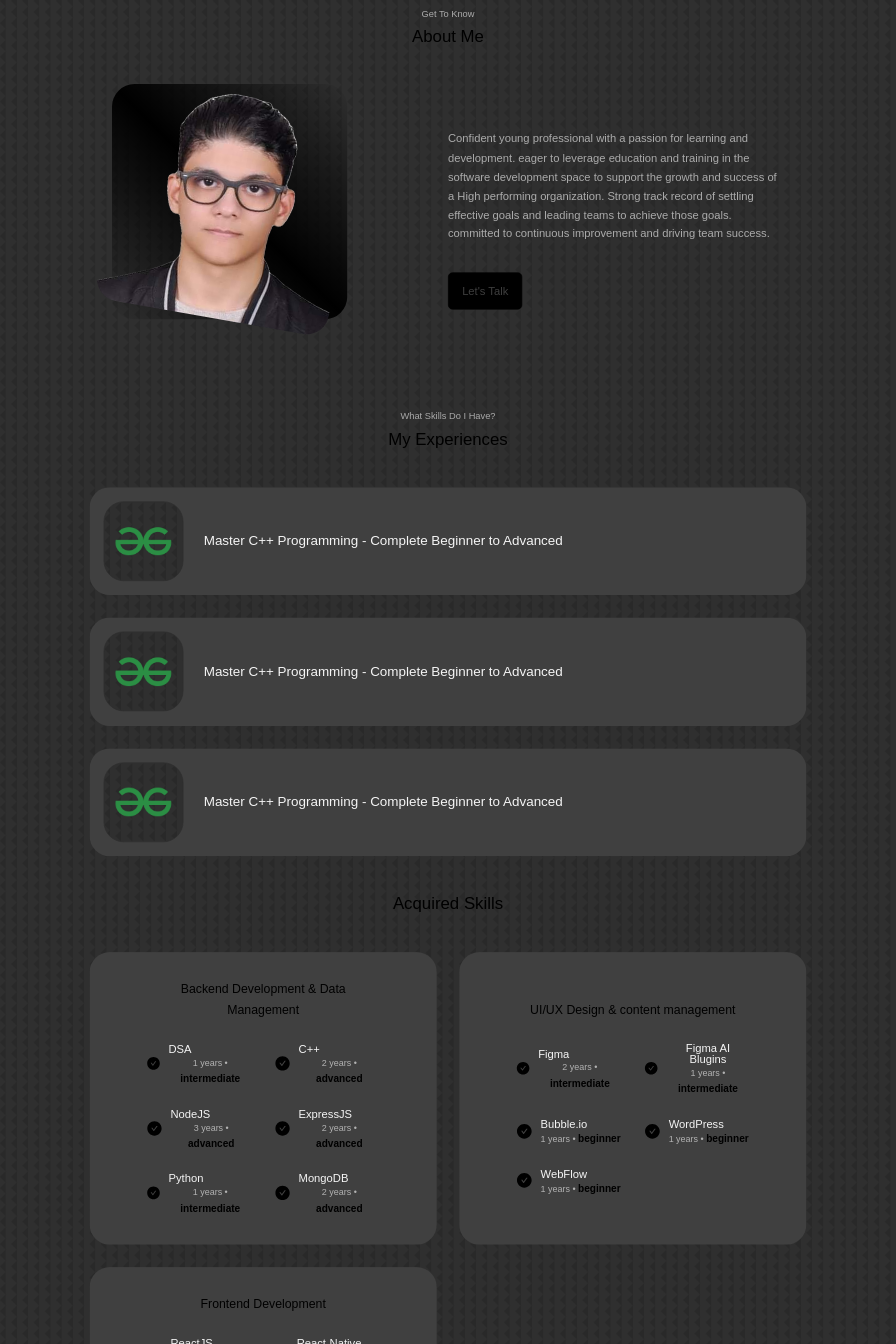
Repository: Z-Bahaa/project_joker_react_portfolio
Page: /
An editor plug-in stored every save of this project. The page is shown before and after the next save, followed by the edit.
The browser window is 1280 px wide. The pictures show the part of the page from y = 983 to 2903 px (the page is 5406 px tall), at 70% of full size.
Some web fonts or font styles are not loaded; a fallback is used. The project was rebuilt for these pictures with package versions that can differ from the ones it lists, and the page was loaded fresh each time. Imported but missing from the stored project, and not drawn on this page: src/assets/resume.pdf.

Above is the page before, as saved 2023-08-21 14:11:34.

After the next save:
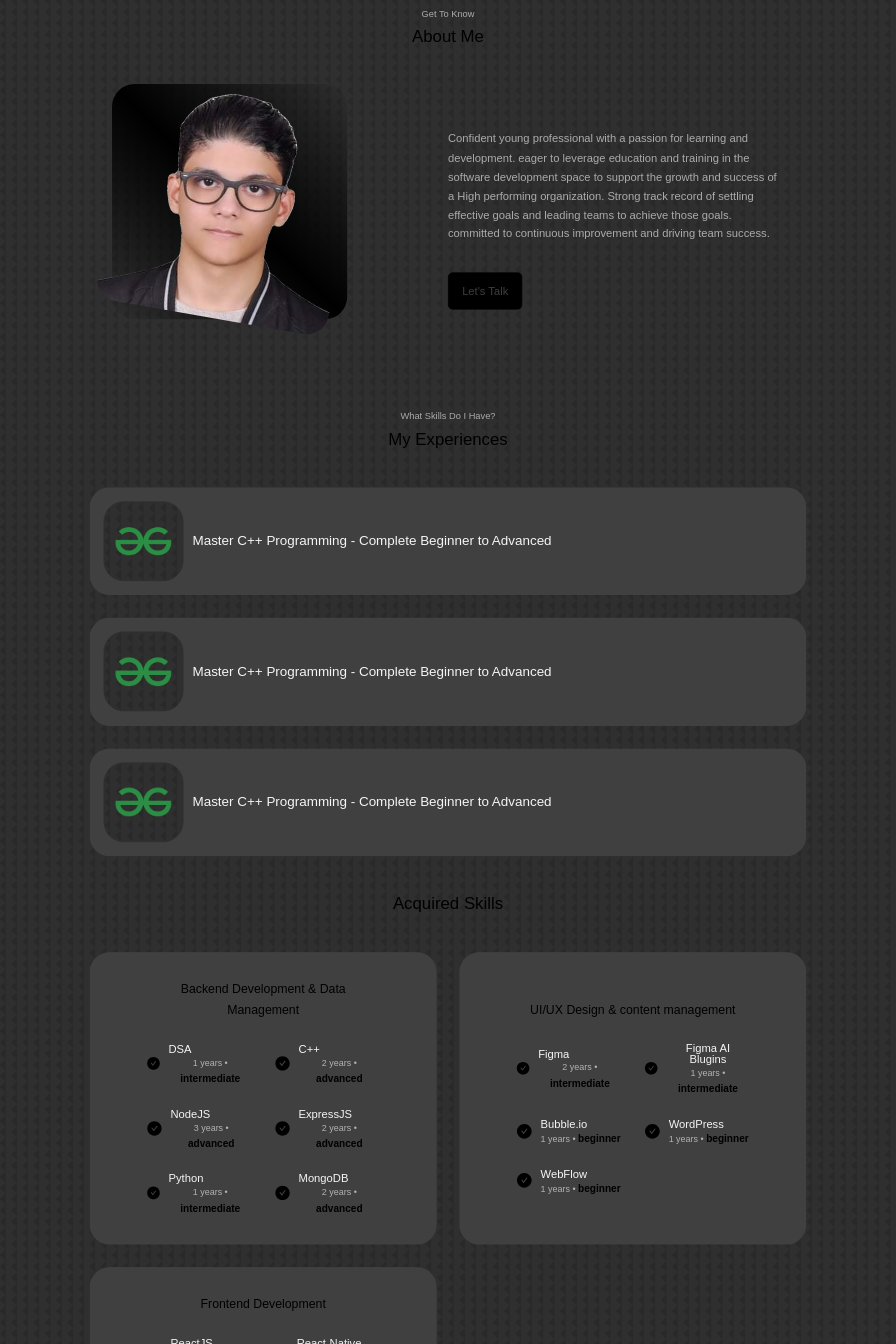
Saved 4 s later.
--- a/src/components/experience/experience.css
+++ b/src/components/experience/experience.css
@@ -61,7 +61,7 @@
   border-color: var(--color-bg);
   border-style: solid;
   border-width: 1px;
-  margin-inline-end: 1rem;
+  /* margin-inline-end: 1rem; */
 }
 
 .history__container>div .image-container img{
